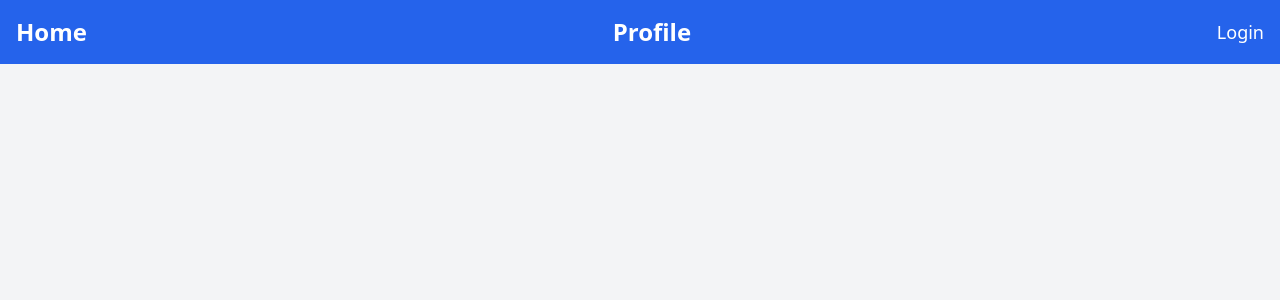
Repository: Ademaulana100499/learnReact
Page: /
An editor plug-in stored every save of this project. The page is shown before and after the next save, followed by the edit.
The browser window is 1280 px wide. The pictures show the whole page.
The page's requests for data from a server got no answer. The project was rebuilt for these pictures with package versions that can differ from the ones it lists, and the page was loaded fresh each time. No one was signed in, and anything a server would have sent is missing. Also part of the build but not shown: vite.config.js, src/pages/DetailPage/index.jsx, src/pages/LoginPage/index.jsx, src/routes/ProtectedRoute.jsx, src/pages/ProfilePage/index.jsx.

Above is the page before, as saved 2024-12-15 15:42:27.

After the next save:
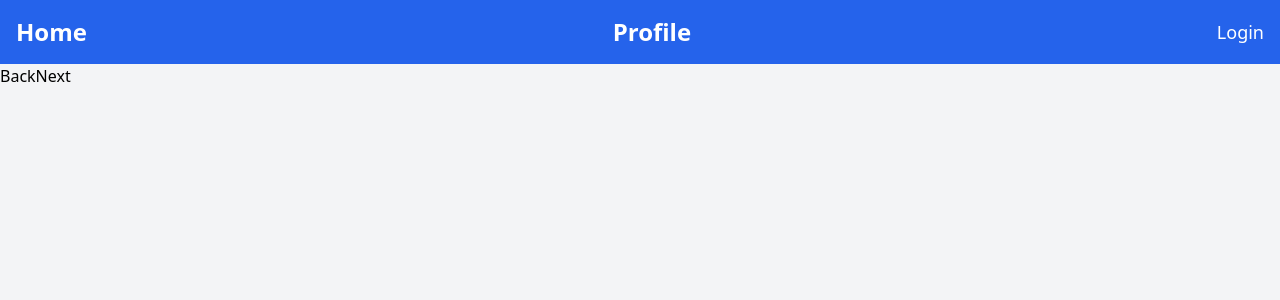
Saved 38 s later.
--- a/src/pages/HomePage/index.jsx
+++ b/src/pages/HomePage/index.jsx
@@ -26,6 +26,8 @@
   return (
     <div className="min-h-screen bg-gray-100">
       <Navbar />
+      <button>Back</button>
+      <button>Next</button>
 
       <div className="container grid grid-cols-4 gap-10 mx-auto mt-8 ">
         {data.map((index) => (
